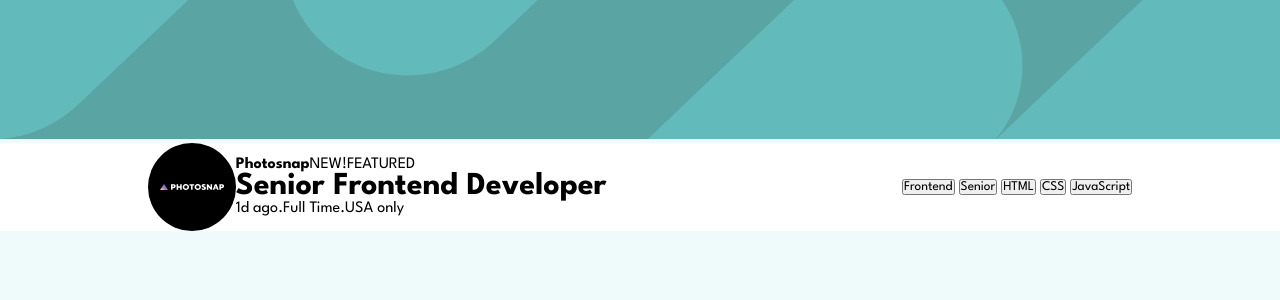
Repository: Eldream12/JobListing
Page: index.html
The author's editor kept a copy of each file at every save. The page is drawn from the files as they stood at one save, then again after the next save.
The browser window is 1280 px wide. The pictures show the whole page.

Above is the page before, as saved 2025-03-31 11:12:31.

### index.html
<!DOCTYPE html>
<html lang="en">
	<head>
		<meta charset="UTF-8" />
		<meta name="viewport" content="width=device-width, initial-scale=1.0" />
		<title>Job Listing</title>
		<link rel="stylesheet" href="style/style.css" />
	</head>

	<body>
		<header>
			<div>
				<img src="Images/bg-header-desktop.svg" alt="NavHeader" />
			</div>
		</header>

		<main>
			<div class="content-carrier">
				<div class="content">
					<div class="ctn">
						<img src="Images/photosnap.svg" alt="photosnap" />
						<div class="content-text">
							<div class="txt-1">
								<h4>Photosnap</h4>
								<p>NEW!</p>
								<p>FEATURED</p>
							</div>
							<div class="txt-2">
								<h1>Senior Frontend Developer</h1>
							</div>
							<div class="txt-3">
								<p>1d ago</p>
								<p>.</p>
								<p>Full Time</p>
								<p>.</p>
								<p>USA only</p>
							</div>
						</div>
					</div>

					<div class="btn">
						<button>Frontend</button>
						<button>Senior</button>
						<button>HTML</button>
						<button>CSS</button>
						<button>JavaScript</button>
					</div>
				</div>
			</div>
		</main>
		<footer></footer>
	</body>
</html>

### style/style.css
@import url("https://fonts.googleapis.com/css2?family=League+Spartan:wght@100..900&display=swap");

* {
	font-family: League Spartan;
	margin: 0;
	padding: 0;
	box-sizing: border-box;
}

html body {
	background-color: hsl(180, 52%, 96%);
}

header img {
	width: 100%;
	background-color: hsl(180, 29%, 50%);
}

.content-carrier .content {
	display: flex;
	background-color: #ffffff;
	align-items: center;
	justify-content: space-around;
}

.content-carrier .content .txt-1 {
	display: flex;
}

.content-carrier .content .txt-3 {
	display: flex;
}

.content-carrier .content .ctn {
	display: flex;
	align-items: center;
}

/* .content-carrier {
	justify-content: space-around;
	margin: auto;
	max-width: 70%;
} */

After the next save:
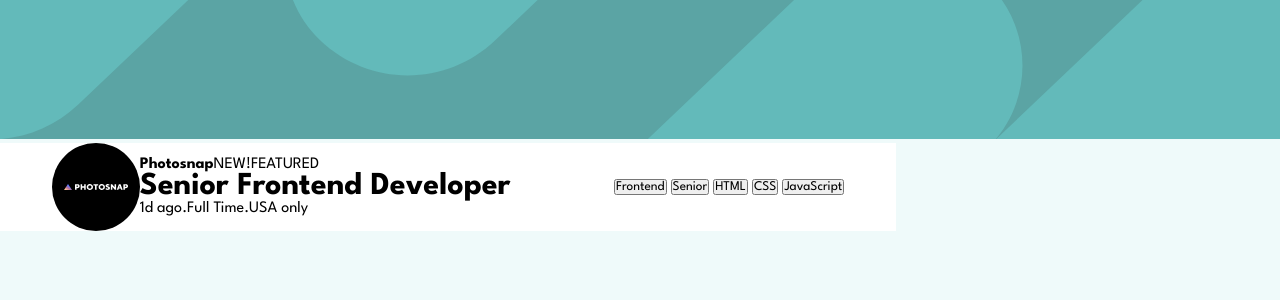
Saved 23 s later.
--- a/style/style.css
+++ b/style/style.css
@@ -21,6 +21,7 @@ header img {
 	background-color: #ffffff;
 	align-items: center;
 	justify-content: space-around;
+  max-width: 70%;
 }
 
 .content-carrier .content .txt-1 {
